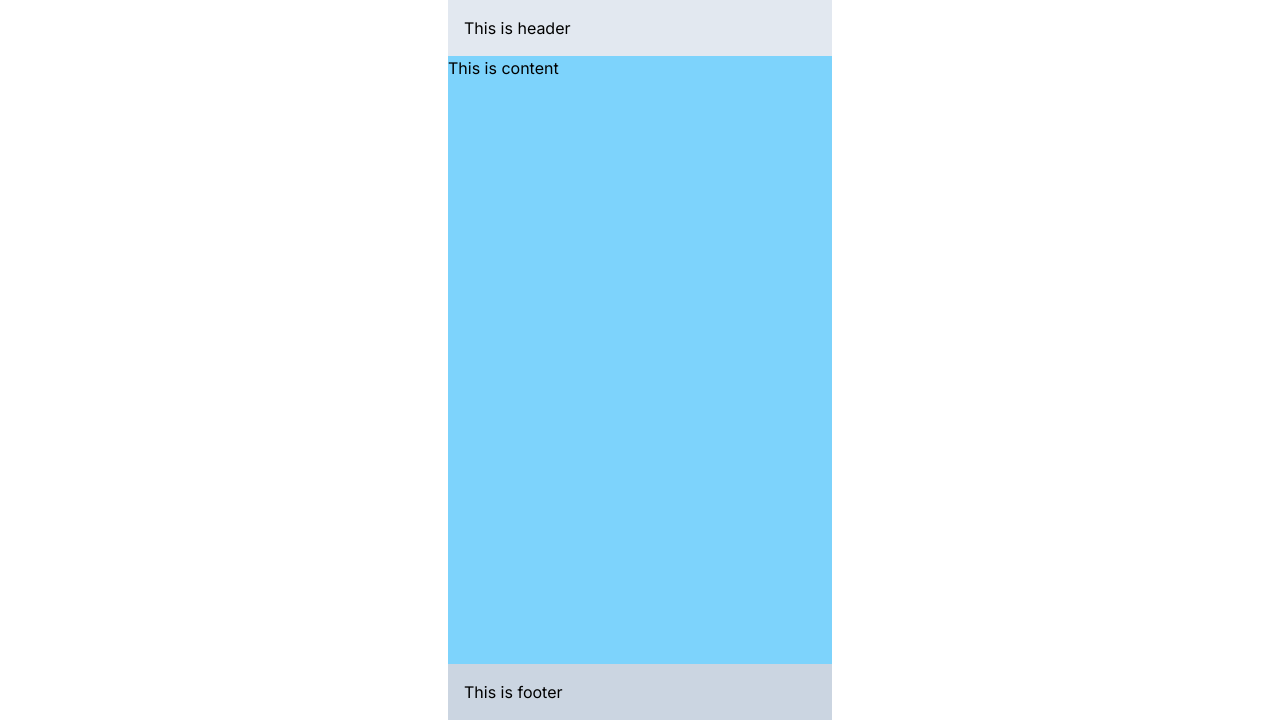
Repository: nirazanbasnet/test-react-swipeable
Page: /
These files come from the project's save history. The page is drawn as it stood at one moment and after the next save; the edit follows.
The browser window is 1280 px wide. The pictures show the whole page.
The project was rebuilt for these pictures with package versions that can differ from the ones it lists, and the page was loaded fresh each time. The framework's server and built-in components were replaced by stand-ins that run in the browser. Also part of the build but not shown: next.config.mjs.

Above is the page before, as saved 2024-02-07 09:45:13.

After the next save:
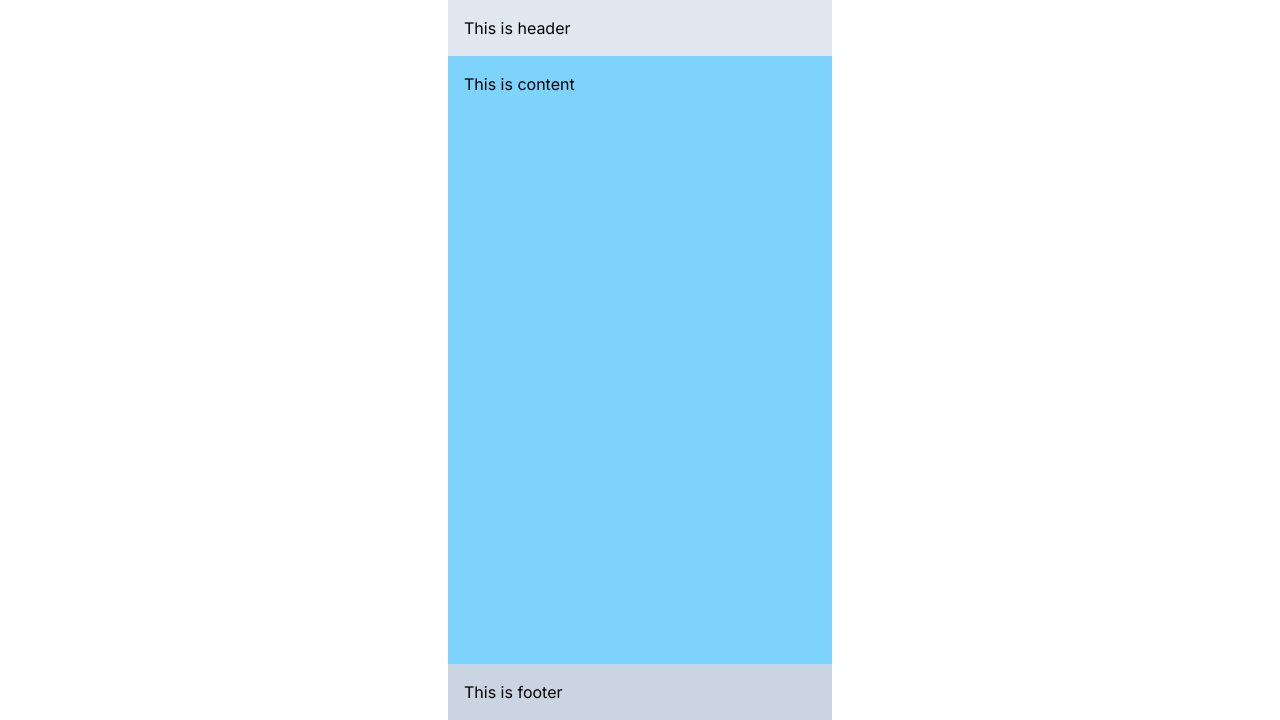
Saved 6 s later.
--- a/src/components/AppLayout.js
+++ b/src/components/AppLayout.js
@@ -22,7 +22,7 @@ export default function AppLayout({ children }) {
 			<header className="flex items-center px-4 h-14 bg-slate-200">
 				This is header
 			</header>
-			<main className="flex-1 bg-sky-300">{children}</main>
+			<main className="flex-1 p-4 bg-sky-300">{children}</main>
 			<footer className="flex items-center px-4 h-14 bg-slate-300">
 				This is footer
 			</footer>
